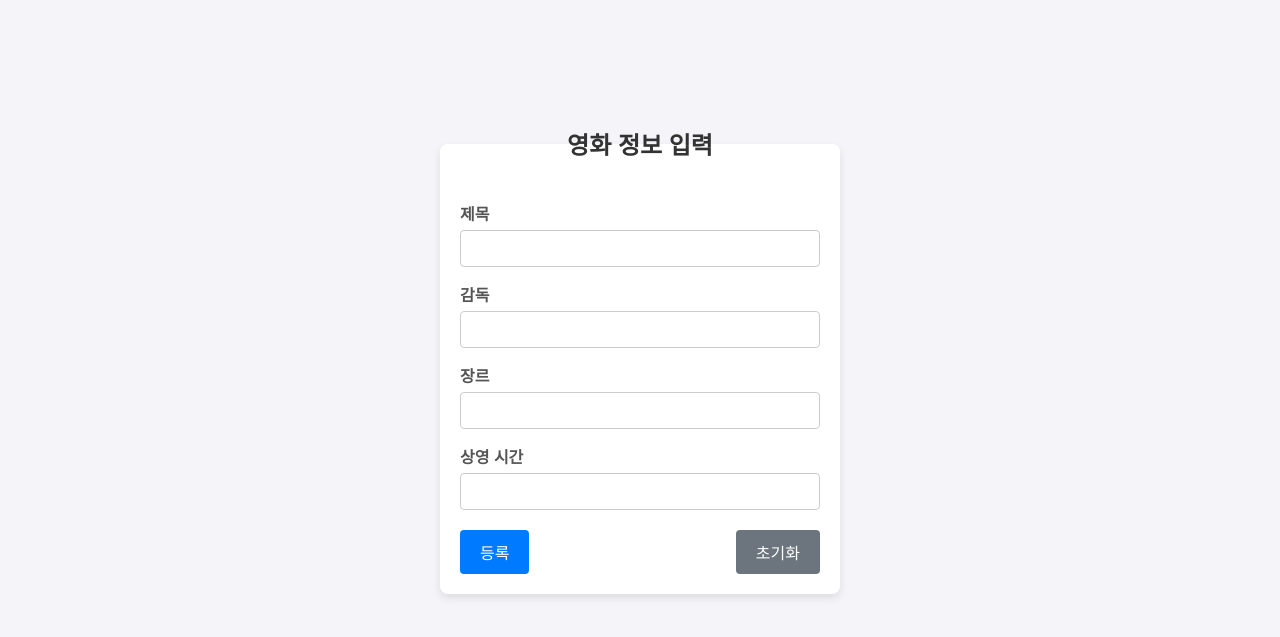
Repository: s00ngle/SSAFY-BE
Page: back_db_ws_01_2/src/main/webapp/regist.html
These files come from the project's save history. The page is drawn as it stood at one moment and after the next save; the edit follows.
The browser window is 1280 px wide. The pictures show the whole page.

Above is the page before, as saved 2024-09-24 04:29:46.

### back_db_ws_01_2/src/main/webapp/regist.html
<!DOCTYPE html>
<html lang="ko">
<head>
    <meta charset="UTF-8">
    <meta name="viewport" content="width=device-width, initial-scale=1.0">
    <title>영화 정보 입력</title>
    <style>
        * {
            box-sizing: border-box;
            margin: 0;
            padding: 0;
            font-family: Arial, sans-serif;
        }
        body {
            background-color: #f4f4f9;
            display: flex;
            justify-content: center;
            align-items: center;
            height: 100vh;
        }
        fieldset {
            width: 400px;
            background-color: #fff;
            border: none;
            border-radius: 8px;
            box-shadow: 0 4px 8px rgba(0, 0, 0, 0.1);
            padding: 20px;
        }
        legend {
            font-size: 1.5em;
            font-weight: bold;
            color: #333;
            margin-bottom: 20px;
            text-align: center;
        }
        .input-group {
            margin-bottom: 15px;
        }
        .input-group label {
            display: block;
            margin-bottom: 5px;
            font-weight: bold;
            color: #555;
        }
        .input-group input {
            width: 100%;
            padding: 10px;
            border: 1px solid #ccc;
            border-radius: 4px;
            transition: border-color 0.3s ease;
        }
        .input-group input:focus {
            border-color: #007BFF;
            outline: none;
        }
        .button-group {
            display: flex;
            justify-content: space-between;
            margin-top: 20px;
        }
        .button-group button {
            padding: 10px 20px;
            border: none;
            border-radius: 4px;
            cursor: pointer;
            font-size: 1em;
            transition: background-color 0.3s ease;
        }
        .button-group button[type="submit"] {
            background-color: #007BFF;
            color: #fff;
        }
        .button-group button[type="submit"]:hover {
            background-color: #0056b3;
        }
        .button-group button[type="reset"] {
            background-color: #6c757d;
            color: #fff;
        }
        .button-group button[type="reset"]:hover {
            background-color: #5a6268;
        }
    </style>
</head>
<body>
    <form action="/main" method="post">
        <fieldset>
            <legend>영화 정보 입력</legend>

            <div class="input-group">
                <label for="title">제목</label>
                <input type="text" name="title" required />
            </div>

            <div class="input-group">
                <label for="director">감독</label>
                <input type="text" name="director" required />
            </div>

            <div class="input-group">
                <label for="genre">장르</label>
                <input type="text" name="genre" required />
            </div>

            <div class="input-group">
                <label for="running-time">상영 시간</label>
                <input type="text" name="running-time" required />
            </div>

            <input type="hidden" name="action" value="regist"/>

            <div class="button-group">
                <button type="submit">등록</button>
                <button type="reset">초기화</button>
            </div>
        </fieldset>
    </form>
</body>
</html>

After the next save:
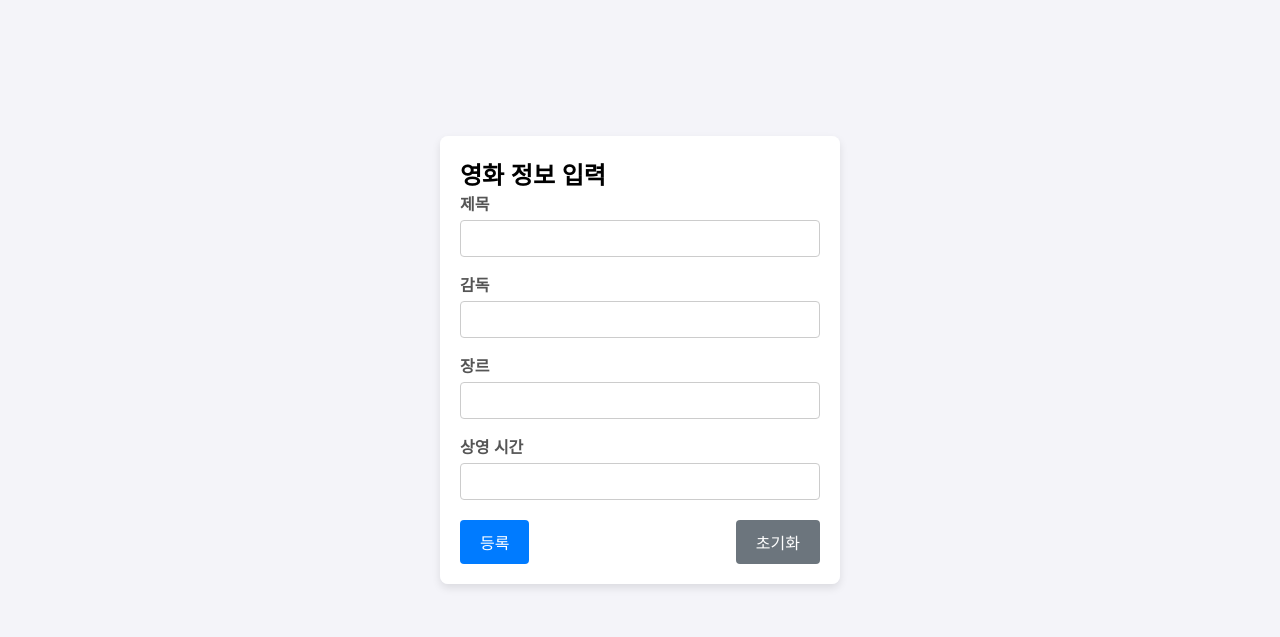
Saved 22 s later.
--- a/back_db_ws_01_2/src/main/webapp/regist.html
+++ b/back_db_ws_01_2/src/main/webapp/regist.html
@@ -85,7 +85,7 @@
 <body>
     <form action="/main" method="post">
         <fieldset>
-            <legend>영화 정보 입력</legend>
+            <h2>영화 정보 입력</h2>
 
             <div class="input-group">
                 <label for="title">제목</label>

After the save that followed:
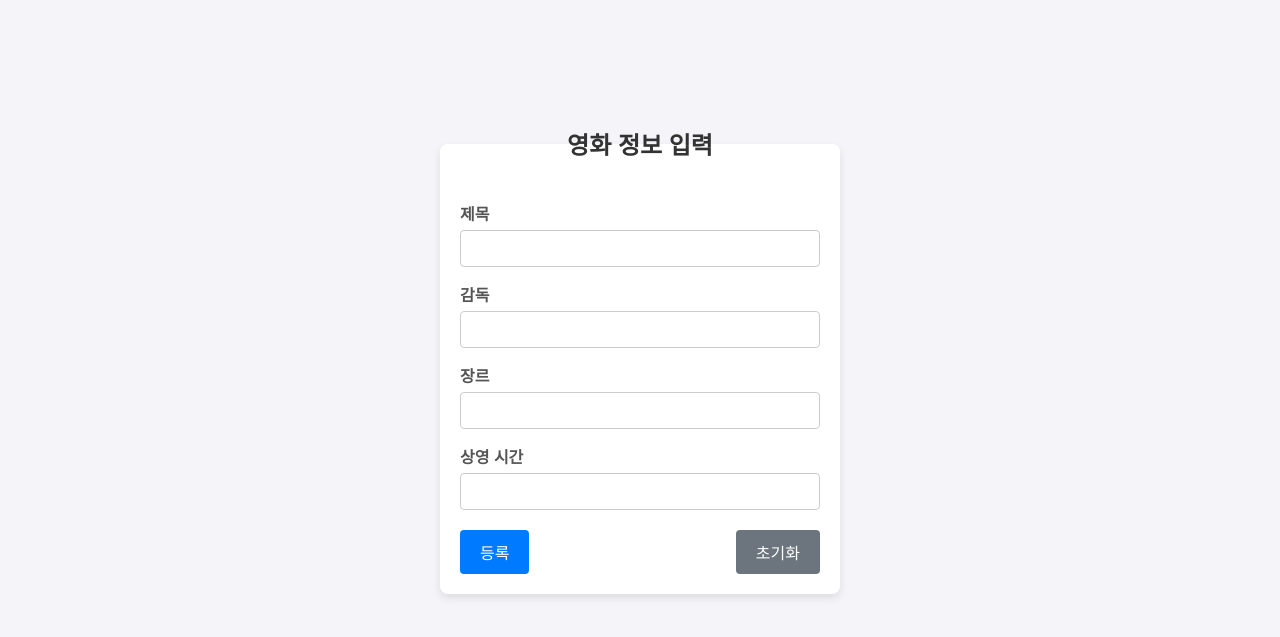
Saved 5 s later.
--- a/back_db_ws_01_2/src/main/webapp/regist.html
+++ b/back_db_ws_01_2/src/main/webapp/regist.html
@@ -85,7 +85,7 @@
 <body>
     <form action="/main" method="post">
         <fieldset>
-            <h2>영화 정보 입력</h2>
+            <legend>영화 정보 입력</legend>
 
             <div class="input-group">
                 <label for="title">제목</label>
